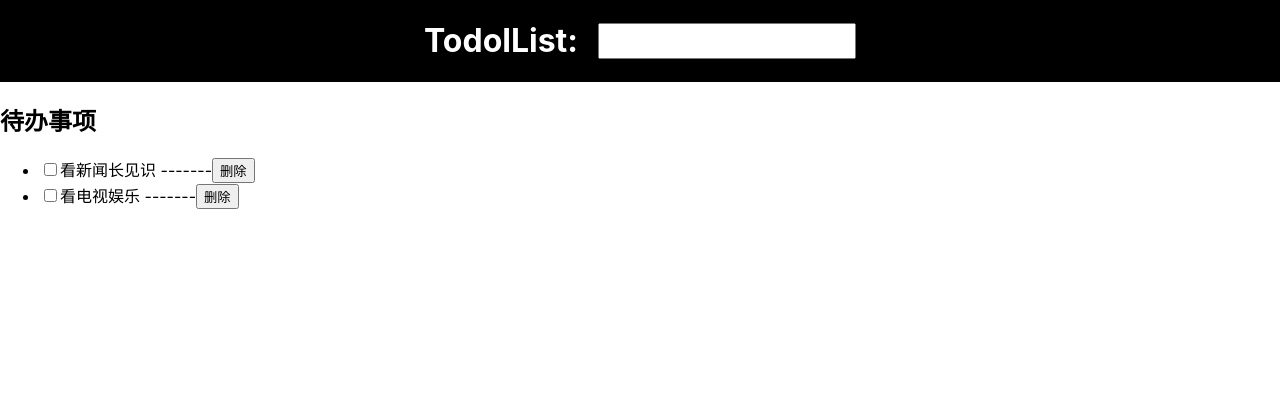
Repository: zhenzhen-gong/react-learning
Page: /login
The author's editor kept a copy of each file at every save. The page is drawn from the files as they stood at one save, then again after the next save.
The browser window is 1280 px wide. The pictures show the whole page.
The project was rebuilt for these pictures with package versions that can differ from the ones it lists, and the page was loaded fresh each time.

Above is the page before, as saved 2021-04-16 17:42:47.

### src/index.js
import React from 'react';
import ReactDOM from 'react-dom';
import './index.css';
import TodolList from './component/todolList/todolList';
import reportWebVitals from './reportWebVitals';

ReactDOM.render(
    <TodolList />,
  document.getElementById('root')
);

// If you want to start measuring performance in your app, pass a function
// to log results (for example: reportWebVitals(console.log))
// or send to an analytics endpoint. Learn more: https://bit.ly/CRA-vitals
reportWebVitals();

### src/component/todolList/todolList.js
import React, {Component} from 'react'

import './todolList.css'

class TodolList extends Component {
    constructor(props) {
        super(props)
        this.state = {
            itemList: [
                {
                    title: '看书学习',
                    checked: true
                },
                {
                    title: '看新闻长见识',
                    checked: false
                },
                {
                    title: '踢足球健身',
                    checked: true
                },
                {
                    title: '看电视娱乐',
                    checked: false
                },
                {
                    title: '做饭陶冶情操',
                    checked: true
                }
            ]
        }
    }

    render() {
        return (
            <div>
                <div className="title">
                  <h1>TodolList: </h1>
                  <input type='text'/>
                </div>
                <div>
                    <h2>待办事项</h2>
                    <ul>
                        {
                            this.state.itemList.map((item, key) => {
                                if (!item.checked) {
                                 return <li key={key}>
                                     <input type="checkbox" checked={item.checked}/>
                                     {item.title} -------<button>删除</button></li>
                                }
                            })
                        }
                    </ul>
                </div>
            </div>
        )
    }
}

export default TodolList

### src/component/todolList/todolList.css
.title {
    background-color: black;
    display: flex;
    align-items: center;
    justify-content: center;
}
.title h1 {
    color: #fff;
    margin-right: 20px;
}
.title input {
    height: 30px;
    width: 250px;
}

Loaded but not shown: public/index.html (common file); src/index.css (common file); src/reportWebVitals.js (common file)

After the next save:
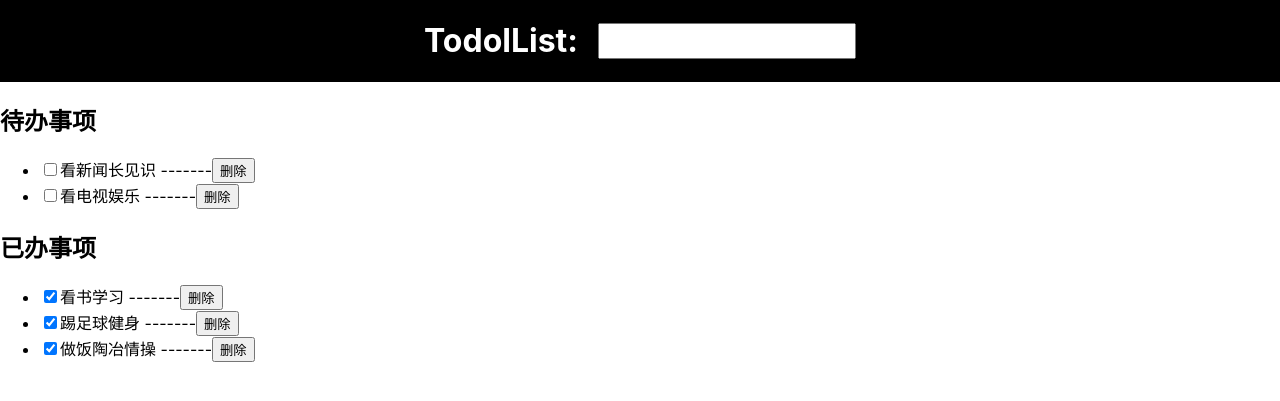
Saved 29 s later.
--- a/src/component/todolList/todolList.js
+++ b/src/component/todolList/todolList.js
@@ -52,6 +52,20 @@ class TodolList extends Component {
                         }
                     </ul>
                 </div>
+                <div>
+                    <h2>已办事项</h2>
+                    <ul>
+                        {
+                            this.state.itemList.map((item, key) => {
+                                if (item.checked) {
+                                 return <li key={key}>
+                                     <input type="checkbox" checked={item.checked}/>
+                                     {item.title} -------<button>删除</button></li>
+                                }
+                            })
+                        }
+                    </ul>
+                </div>
             </div>
         )
     }
